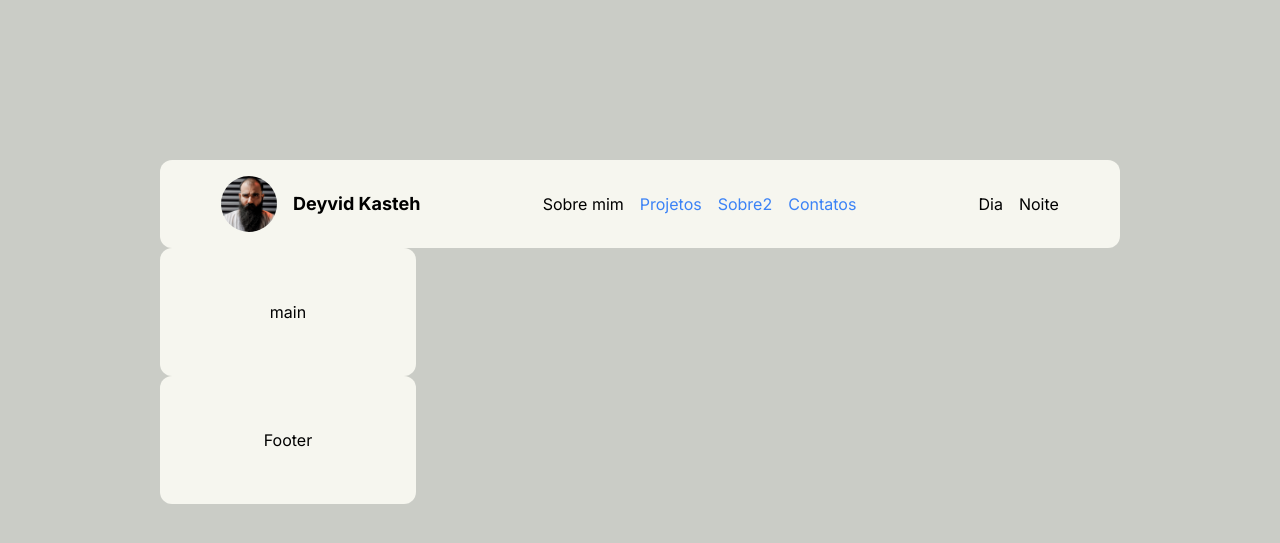
Repository: Deyvid-Kasteh/kasteh_portfolio
Page: /
The author's editor kept a copy of each file at every save. The page is drawn from the files as they stood at one save, then again after the next save.
The browser window is 1280 px wide. The pictures show the whole page.
The project was rebuilt for these pictures with package versions that can differ from the ones it lists, and the page was loaded fresh each time. The framework's server and built-in components were replaced by stand-ins that run in the browser. Also part of the build but not shown: next.config.mjs.

Above is the page before, as saved 2024-03-24 17:57:28.

After the next save:
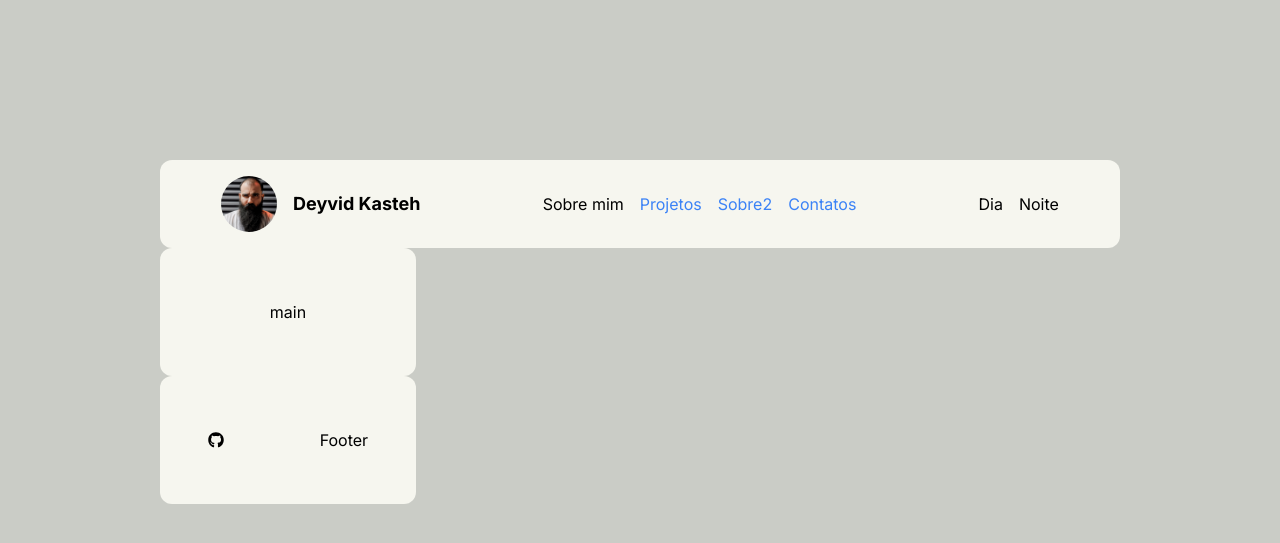
Saved 6 s later.
--- a/src/app/components/footer.tsx
+++ b/src/app/components/footer.tsx
@@ -5,6 +5,7 @@ import { FaGithub } from "react-icons/fa";
 const Footer: React.FC = () => {
   return (
     <main className="bg-customGrayComponents flex justify-around items-center py-4 rounded-xl w-64 h-32">
+      <FaGithub />
       Footer
     </main>
   );
